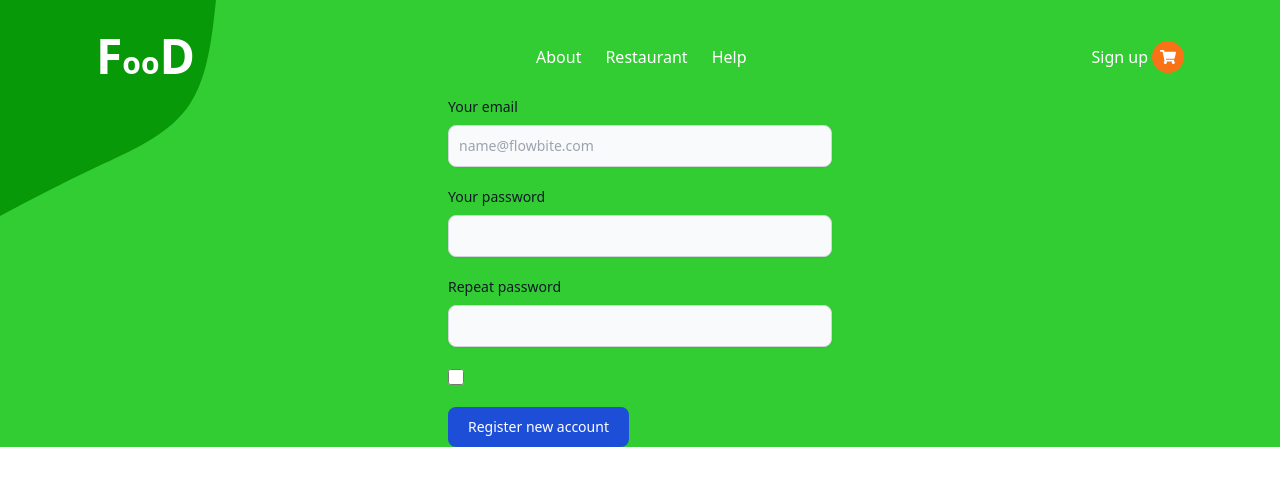
Repository: KhushiCode14/FoodWeb
Page: /signUp (app in frontend/)
These files come from the project's save history. The page is drawn as it stood at one moment and after the next save; the edit follows.
The browser window is 1280 px wide. The pictures show the whole page.
The project was rebuilt for these pictures with package versions that can differ from the ones it lists, and the page was loaded fresh each time. Also part of the build but not shown: frontend/src/Pages/Home.tsx, frontend/src/components/Home/SignIn.tsx, frontend/src/components/Home/Cart.tsx.

Above is the page before, as saved 2024-09-20 19:33:20.

After the next save:
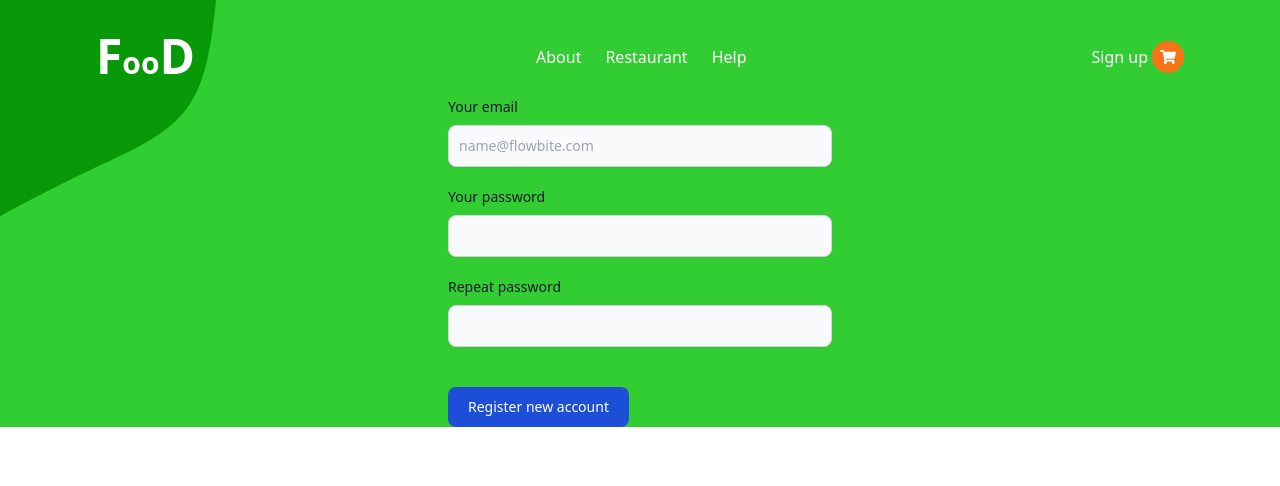
Saved 93 s later.
--- a/frontend/src/components/Home/SignUp.tsx
+++ b/frontend/src/components/Home/SignUp.tsx
@@ -67,16 +67,7 @@ const SignUp:React.FC = () => {
         />
       </div>
       <div className="flex items-start mb-5">
-        <div className="flex items-center h-5">
-          <input
-            id="terms"
-            type="checkbox"
-            checked={formData.terms}
-            onChange={handleChange}
-            className="w-4 h-4 border border-gray-300 rounded bg-gray-50 focus:ring-3 focus:ring-blue-300 dark:bg-gray-700 dark:border-gray-600 dark:focus:ring-blue-600 dark:ring-offset-gray-800 dark:focus:ring-offset-gray-800"
-            required
-          />
-        </div>
+
 
       </div>
       <button
